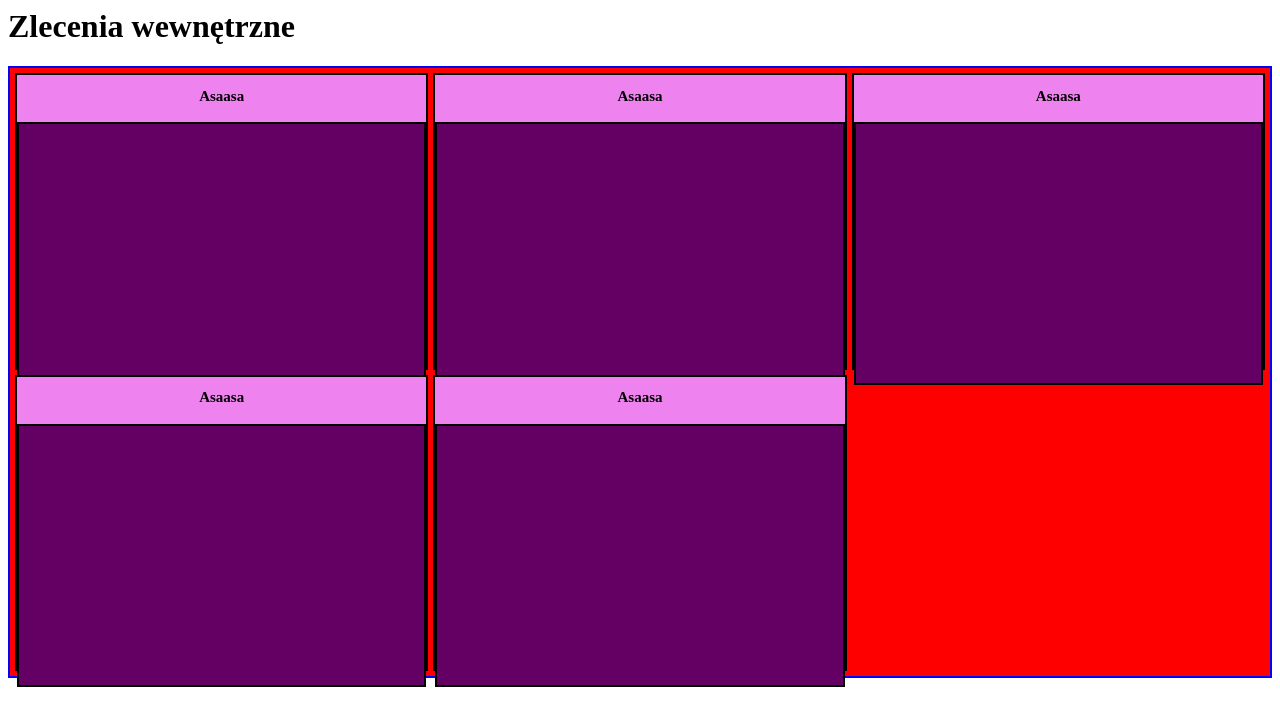
Repository: emdes515/EHpanel
Page: html/dashboardZleceniaWewnetrzne.html
These files come from the project's save history. The page is drawn as it stood at one moment and after the next save; the edit follows.
The browser window is 1280 px wide. The pictures show the whole page.

Above is the page before, as saved 2024-04-18 09:10:43.

### html/dashboardZleceniaWewnetrzne.html
<style>
	* {
		box-sizing: border-box;
	}
	h2 {
		font-size: 15px;
		margin-bottom: 5px;
		height: 10%;
		text-align: center;
	}

	.gridWrapper {
		display: grid;
		grid-template-columns: 1fr 1fr 1fr;
		width: 100%;
		height: 85vh;
		padding: 5px;
		gap: 5px;
		border: 2px solid blue;
		background-color: red;
	}

	.element {
		background-color: violet;
		width: 100%;
		height: 100%;
		border: 2px solid black;
	}

	.elementPulpit {
		background-color: rgb(100, 0, 100);
		width: 100%;
		height: 90%;
		border: 2px solid black;
	}
</style>

<h1 class="text-center w-100">Zlecenia wewnętrzne</h1>

<div class="gridWrapper">
	<div class="element">
		<h2>Asaasa</h2>
		<div
			id="dashboardZleceniaWewnetrzneDzialyZglaszajacePulpit"
			class="elementPulpit"></div>
	</div>
	<div class="element">
		<h2>Asaasa</h2>
		<div
			id="dashboardZleceniaWewnetrzneRodzajeWnioskowanejPracy"
			class="elementPulpit"></div>
	</div>
	<div class="element">
		<h2>Asaasa</h2>
		<div
			id="dashboardZleceniaWewnetrzneRodzajeWnioskowanejPracyPulpit"
			class="elementPulpit"></div>
	</div>
	<div class="element">
		<h2>Asaasa</h2>
		<div class="elementPulpit"></div>
	</div>
	<div class="element">
		<h2>Asaasa</h2>
		<div class="elementPulpit"></div>
	</div>
</div>

<!-- <div
	class="d-grid container-fluid text-center"
	style="height: 90%">
	<div class="row">
		<div
			class="col border-primary"
			id="dashboardZleceniaWewnetrzneDzialyZglaszajace">
			<h2 style="height: 10%">Działy zgłaszające</h2>
			<div id="dashboardZleceniaWewnetrzneDzialyZglaszajacePulpit"></div>
		</div>

		<div
			class="col border-primary"
			id="dashboardZleceniaWewnetrzneRodzajeWnioskowanejPracy">
			<h2 style="height: 10%">Rodzaje wnioskowanej parcy</h2>
			<div id="dashboardZleceniaWewnetrzneRodzajeWnioskowanejPracyPulpit"></div>
		</div>

		<div
			class="col border-primary"
			id="dashboardZleceniaWewnetrzneRodzajeZalaczanychDokumentow">
			<h2 style="height: 10%">Rodzaje zalączanych dokumentów</h2>
			<div id="dashboardZleceniaWewnetrzneRodzajeZalaczanychDokumentowPulpit"></div>
		</div>
	</div>

	<div class="row">
		<div
			class="col-4"
			id="dashboardZleceniaWewnetrzneRynki">
			<h2 style="height: 10%">Wewnętrze rynki</h2>
			<div id="dashboardZleceniaWewnetrzneRynkiPulpit"></div>
		</div>

		<div
			class="col-4"
			id="dashboardZleceniaWewnetrzneTypyWnioskow">
			<h2 style="height: 15%">Wewnetrzne typy wniosków</h2>
			<div id="dashboardZleceniaWewnetrzneTypyWnioskowPulpit"></div>
		</div>
	</div>

	<script
		type="text/javascript"
		src="js/dashboardZleceniaWewnetrzne.js"></script>
</div> -->

After the next save:
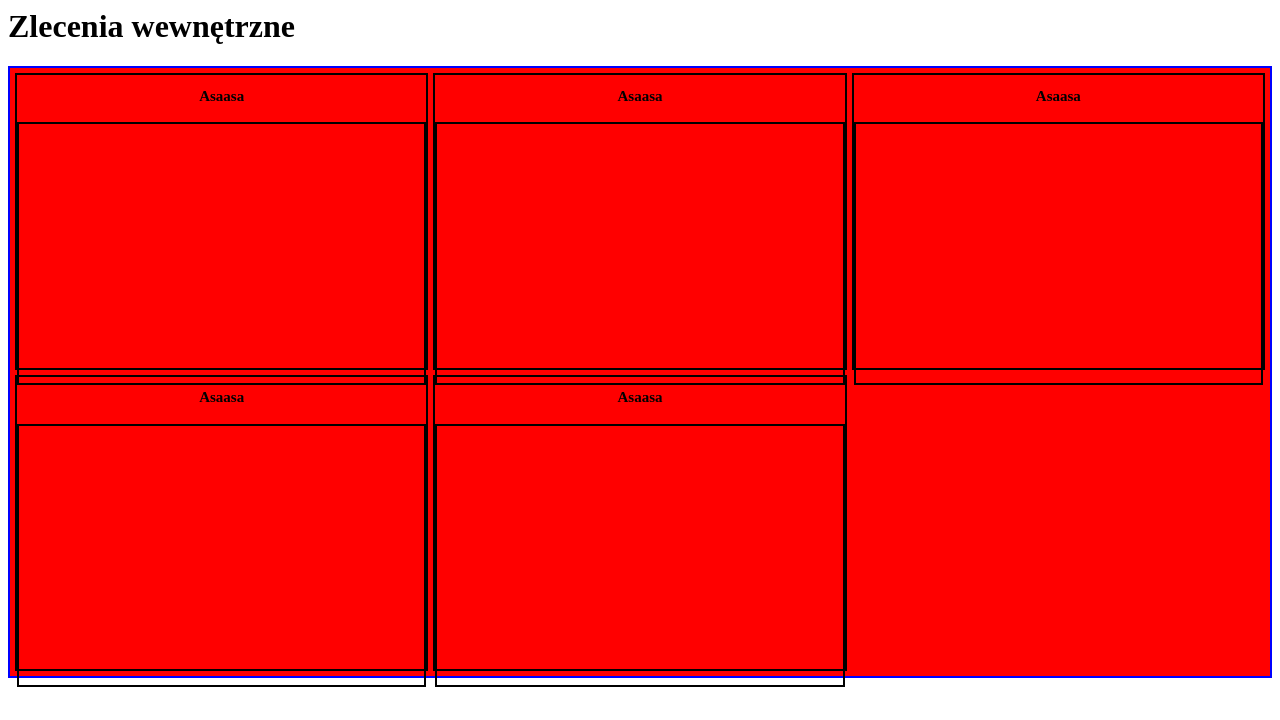
Saved 12 s later.
--- a/html/dashboardZleceniaWewnetrzne.html
+++ b/html/dashboardZleceniaWewnetrzne.html
@@ -21,14 +21,12 @@
 	}
 
 	.element {
-		background-color: violet;
 		width: 100%;
 		height: 100%;
 		border: 2px solid black;
 	}
 
 	.elementPulpit {
-		background-color: rgb(100, 0, 100);
 		width: 100%;
 		height: 90%;
 		border: 2px solid black;
